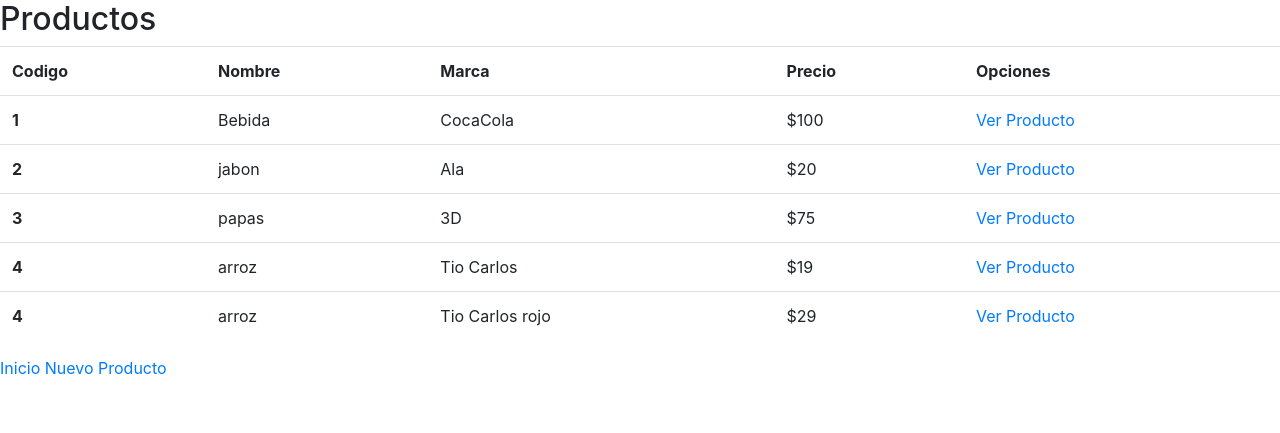
Repository: Alemartinez97/New-Repository
Page: programacion-3/tp4/producto.html
These files come from the project's save history. The page is drawn as it stood at one moment and after the next save; the edit follows.
The browser window is 1280 px wide. The pictures show the whole page.

Above is the page before, as saved 2020-06-11 14:59:09.

### programacion-3/tp4/producto.html
<!DOCTYPE html>
<html lang="en">
<head>
    <meta charset="UTF-8">
    <meta name="viewport" content="width=device-width, initial-scale=1.0">
    <title>Document</title>
    <link rel="stylesheet" href="https://stackpath.bootstrapcdn.com/bootstrap/4.5.0/css/bootstrap.min.css" integrity="sha384-9aIt2nRpC12Uk9gS9baDl411NQApFmC26EwAOH8WgZl5MYYxFfc+NcPb1dKGj7Sk" crossorigin="anonymous">
</head>
<body>
    <table class="table">
        <h2>Productos</h2>
        <tbody>
          <tr>
            <th>Codigo</th>
            <th>Nombre</th>
            <th>Marca</th>
            <th>Precio</th>
            <th>Opciones</th>
          </tr>
          <tr>
            <th>1</th>
            <td>Bebida</td>
            <td>CocaCola</td>
            <td>$100</td>
            <td><a href="verProducto.html">Ver Producto</a></td>
          </tr>
          <tr>
            <th>2</th>
            <td>jabon</td>
            <td>Ala</td>
            <td>$20</td>
            <td><a href="verProducto.html">Ver Producto</a></td>
          </tr>
          <tr>
            <th>3</th>
            <td>papas</td>
            <td>3D</td>
            <td>$75</td>
            <td><a href="verProducto.html">Ver Producto</a></td>
          </tr>
          <tr>
            <th>4</th>
            <td>arroz</td>
            <td>Tio Carlos</td>
            <td>$19</td>
            <td><a href="verProducto.html">Ver Producto</a></td>
          </tr>
          <tr>
            <th>4</th>
            <td>arroz</td>
            <td>Tio Carlos rojo</td>
            <td>$29</td>
            <td><a href="verProducto.html">Ver Producto</a></td>
          </tr>
        </tbody>
      </table>
      <a href="index.html">Inicio</a>
      <a href="formProducto.html">Nuevo Producto</a>
</body>
</html>

After the next save:
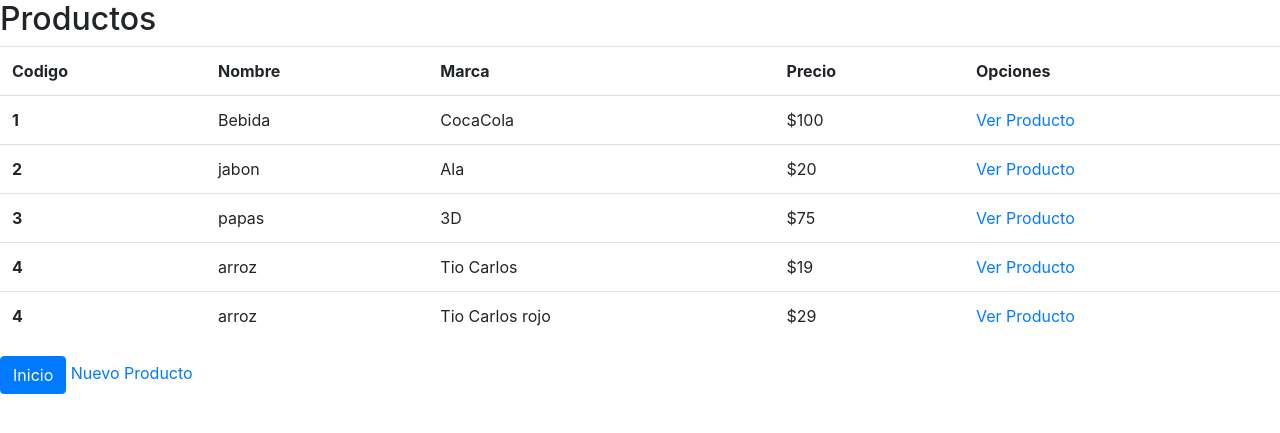
Saved 11 s later.
--- a/programacion-3/tp4/producto.html
+++ b/programacion-3/tp4/producto.html
@@ -54,7 +54,7 @@
           </tr>
         </tbody>
       </table>
-      <a href="index.html">Inicio</a>
+      <a href="index.html" class="btn btn-primary">Inicio</a>
       <a href="formProducto.html">Nuevo Producto</a>
 </body>
 </html>
